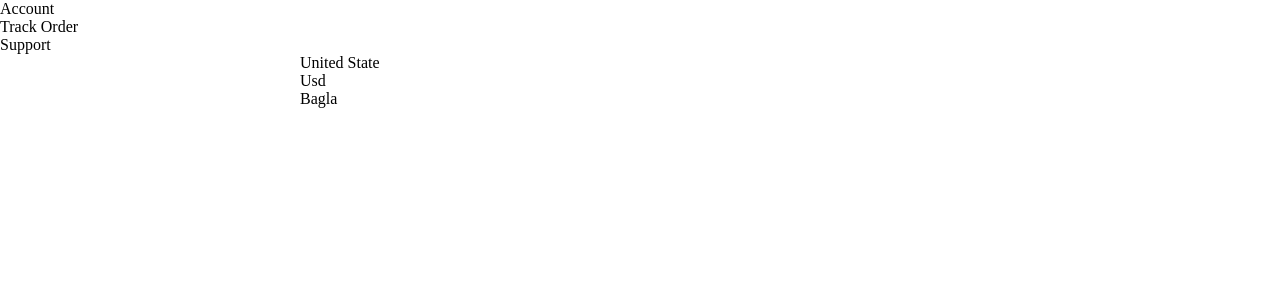
Repository: AbdulRehman787/shopo_ecommerce_web
Page: /
These files come from the project's save history. The page is drawn as it stood at one moment and after a run of saves; the edit follows.
The browser window is 1280 px wide. The pictures show the whole page.
The project was rebuilt for these pictures with package versions that can differ from the ones it lists, and the page was loaded fresh each time. Also part of the build but not shown: src/Pages/AboutUs.js, src/Pages/Blog.js, src/Pages/Contact.js.

Above is the page before, as saved 2023-11-27 17:49:04.

### src/App.js
import React from 'react'
import { BrowserRouter,Routes,Route } from 'react-router-dom'
import Home from './Pages/Home';
import AboutUs from './Pages/AboutUs';
import Blog from './Pages/Blog'
import Contact from './Pages/Contact';
const App = () => {
  return (

    <BrowserRouter>
    <Routes >
    <Route  path='/' element={<Home />} />
    <Route  path='/aboutus' element={<AboutUs />} />
    <Route  path='/blog' element={<Blog />} />
    <Route  path='/contact' element={<Contact />} />

    </Routes>
    </BrowserRouter>
  )
}

export default App

### src/Pages/Home.js
import React from 'react'
import Topheader from '../Components/Header/Topheader'
const Home = () => {
  return (
    <>
    <Topheader/>
    </>
  )
}

export default Home

### src/Components/Header/Topheader.js
import React from 'react'
import './style.css'

const one1=[
    {
        name: "Account"
    },
    {
        name: "Track Order"
    }, {
        name: "Support"
    }
]
const one2=[
    {
        name: "United State"
    },
    {
        name: "Usd "
    }, {
        name: "Bagla"
    }
]
const Topheader = () => {
  return (
    <>
    <div class="container">
  <div class="row">
    <div class="col-sm d-flex ">
      {one1.map((curelem,index)=>{
        return (
            <>

            <p className='px-3'>{curelem.name}</p>

            </>
        )
      })}
    </div>
    <div class="col-sm d-flex sam">
      {one2.map((curelem,index)=>{
        return (
            <>

            <p className='px-3 '>{curelem.name}</p>

            </>
        )
      })}
    </div>

  </div>
</div>
    </>
  )
}

export default Topheader

### src/Components/Header/style.css
*{
    margin: 0;
    padding: 0;
}
.sam{
    margin-left: 300px !important;
}

Loaded but not shown: src/index.js (common file)

After the next 4 saves:
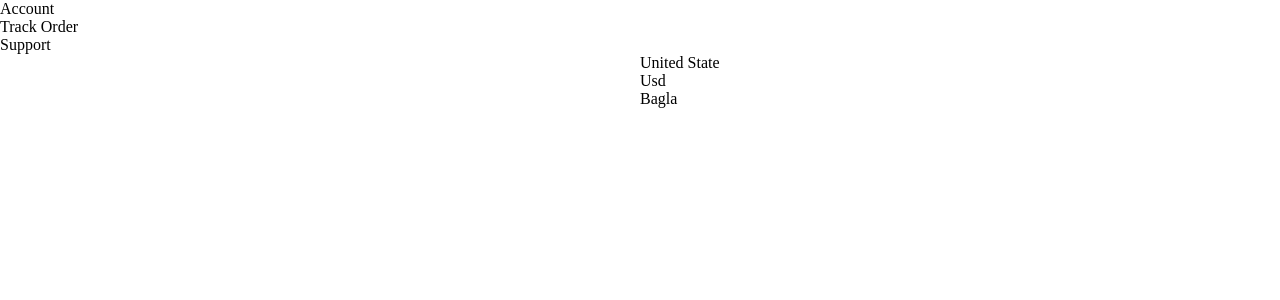
The 4 saves are shown as one change because they came seconds apart.
The last was saved 10 s later.
--- a/src/Components/Header/style.css
+++ b/src/Components/Header/style.css
@@ -3,5 +3,5 @@
     padding: 0;
 }
 .sam{
-    margin-left: 300px !important;
+    margin-left: 40rem !important;
 }
